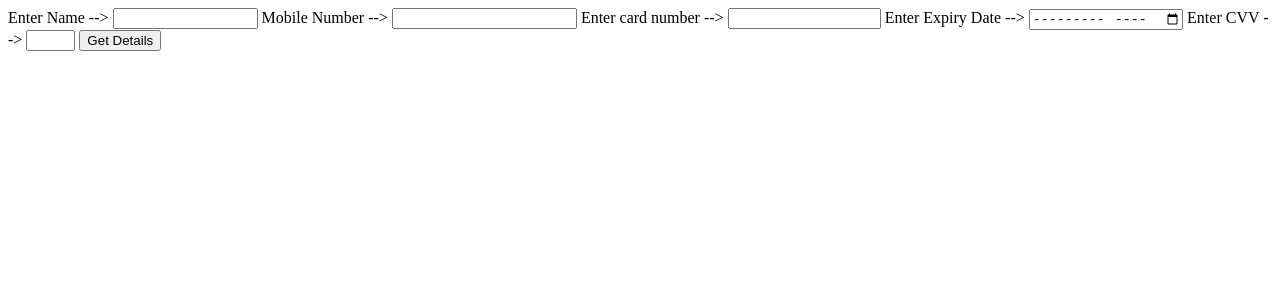
Repository: Amrinshaik/Day10
Page: CreditCardDetails/WebContent/creditCard.html
The author's editor kept a copy of each file at every save. The page is drawn from the files as they stood at one save, then again after the next save.
The browser window is 1280 px wide. The pictures show the whole page.

Above is the page before, as saved 2018-09-06 09:09:35.

### CreditCardDetails/WebContent/creditCard.html
<!DOCTYPE html>
<html>
<head>
<meta charset="ISO-8859-1">
<title>Credit Card Details</title>
</head>
<body>
<form action="displaydetails"  method="post">

<label>Enter Name</label> -->
<input type="text" name="EmployeeName" size=15/>

<label>Mobile Number</label> -->
<input type="text" pattern="[7-9]{1}[0-9]{9}" name="MobileNumber">

<label>Enter card number</label> -->
<input type="text" name="Card Number" size=16/>

<label>Enter Expiry Date</label> -->
<input type="month" name="Expiry Date" size=10/>

<label>Enter CVV</label> -->
<input type="password" name="CVV" size=3/>

<input type="submit" value="Get Details"/>
</form>
</body>
</html>

After the next save:
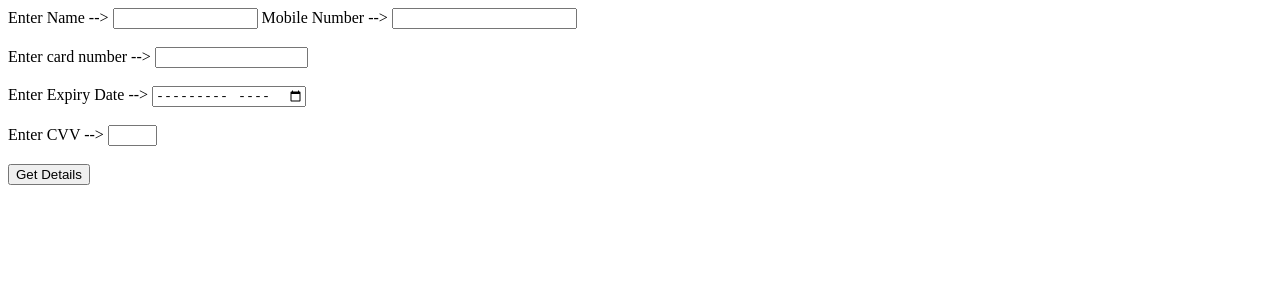
Saved 27 s later.
--- a/CreditCardDetails/WebContent/creditCard.html
+++ b/CreditCardDetails/WebContent/creditCard.html
@@ -12,17 +12,18 @@
 
 <label>Mobile Number</label> -->
 <input type="text" pattern="[7-9]{1}[0-9]{9}" name="MobileNumber">
-
+<br></br>
 <label>Enter card number</label> -->
 <input type="text" name="Card Number" size=16/>
-
+<br></br>
 <label>Enter Expiry Date</label> -->
 <input type="month" name="Expiry Date" size=10/>
-
+<br></br>
 <label>Enter CVV</label> -->
 <input type="password" name="CVV" size=3/>
-
+<br></br>
 <input type="submit" value="Get Details"/>
+<br></br>
 </form>
 </body>
 </html>
